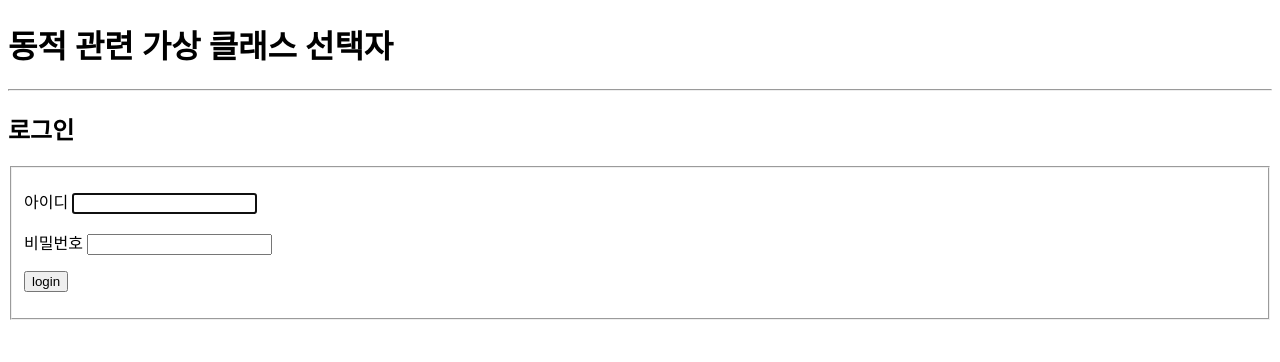
Repository: song-bean/Web_song
Page: 02_CSS/src/main/webapp/chapter02/unit06_02_pseudo_before.html
These files come from the project's save history. The page is drawn as it stood at one moment and after the next save; the edit follows.
The browser window is 1280 px wide. The pictures show the whole page.
The first visible `input` has the focus.

Above is the page before, as saved 2023-02-23 02:10:36.

### 02_CSS/src/main/webapp/chapter02/unit06_02_pseudo_before.html
<!DOCTYPE HTML>
<html>
	<head>
		<title>동적 가상 클래스 선택자</title>
		<meta charset="UTF-8" />
		<style type="text/css">
		/* input 요소의 상태에 따른 선택자를 정의합니다. */
			input:hover {
				background-color: #cf0;
			}
		</style>
	</head>

	<body>
		<h1>동적 관련 가상 클래스 선택자</h1>
		<hr />
		<h2>로그인</h2>
        <form action="#" method="post">
				<fieldset>
						<p><label>아이디</label>
							<input name="userID" type="text" />
						</p>
						<p><label>비밀번호</label>
							<input name="userPWD" type="password" />
						</p>
						<p>
							<input type="submit" value="login" />
						</p>
					</fieldset>
        </form>
	</body>
</html>

After the next save:
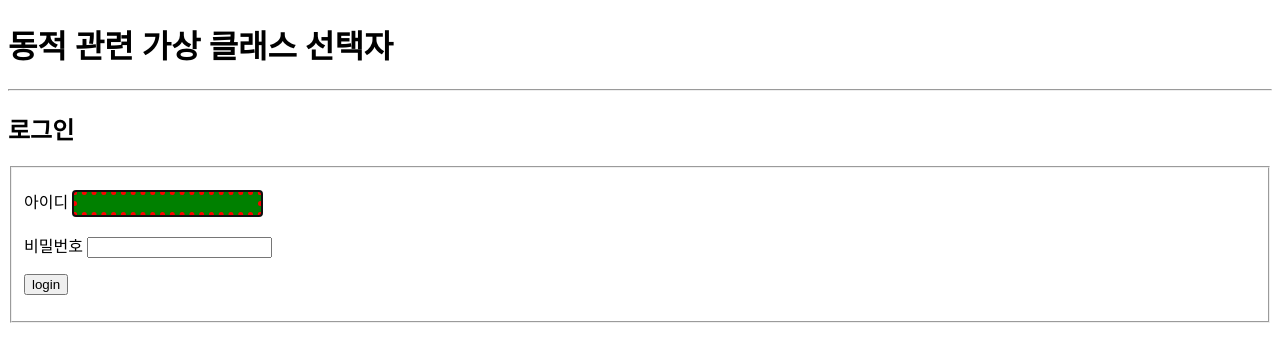
Saved 57 s later.
--- a/02_CSS/src/main/webapp/chapter02/unit06_02_pseudo_before.html
+++ b/02_CSS/src/main/webapp/chapter02/unit06_02_pseudo_before.html
@@ -7,6 +7,12 @@
 		/* input 요소의 상태에 따른 선택자를 정의합니다. */
 			input:hover {
 				background-color: #cf0;
+			}
+
+			input:focus {
+				background-color: green;
+				border: 5px dotted red;
+				color: white;
 			}
 		</style>
 	</head>
